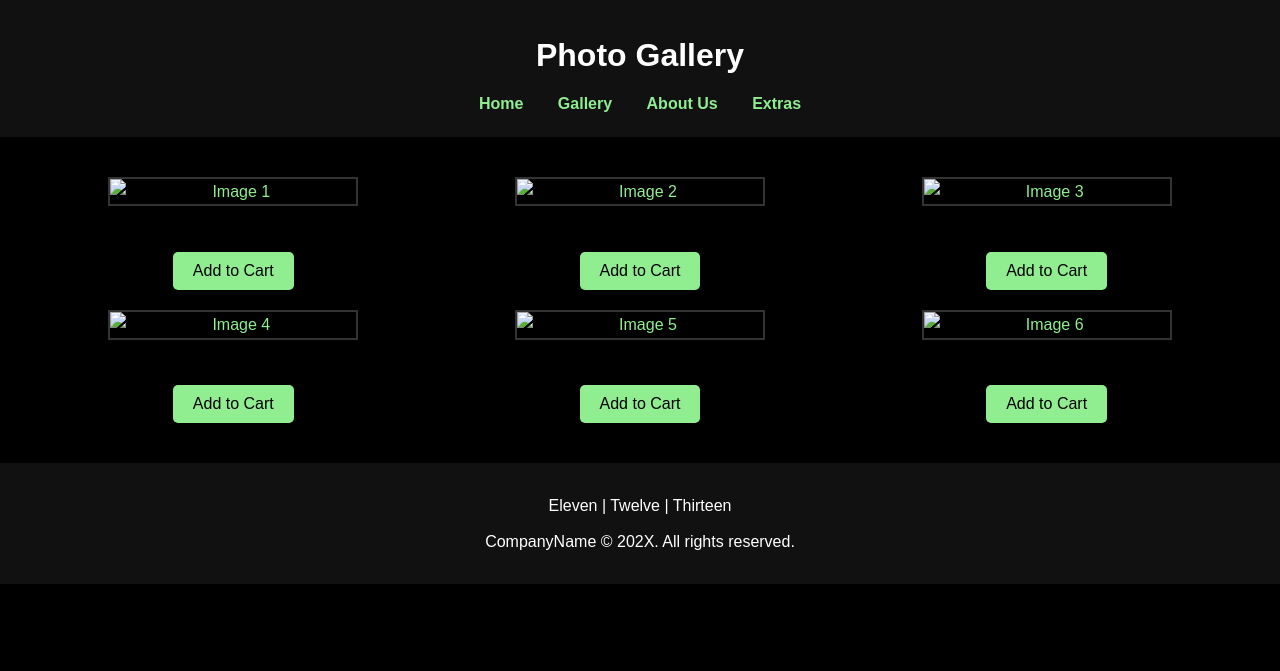
Repository: OhrRafaeloff/Web-Development-Project---ABC-Fitness-Studios
Page: gallery.html
These files come from the project's save history. The page is drawn as it stood at one moment and after the next save; the edit follows.
The browser window is 1280 px wide. The pictures show the whole page.

Above is the page before, as saved 2025-04-24 09:38:06.

After the next save:
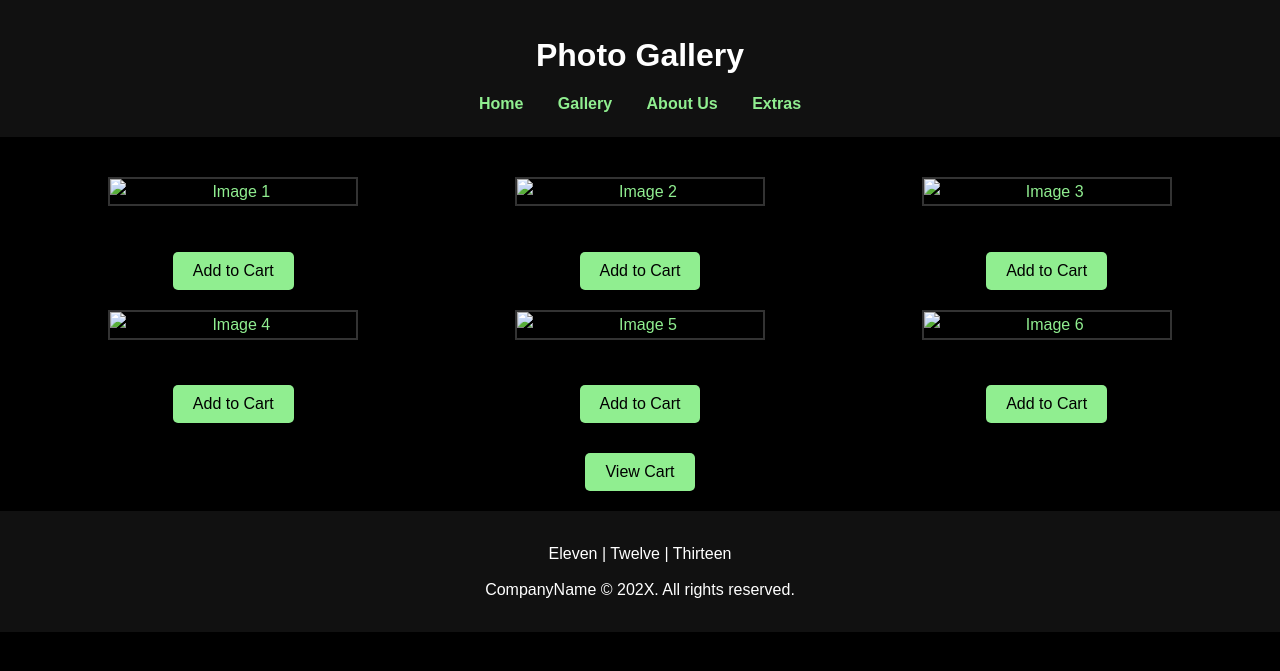
Saved 2 min 16 s later.
--- a/gallery.html
+++ b/gallery.html
@@ -1,10 +1,11 @@
-<!-- GALLERY PAGE -->
 <!DOCTYPE html>
 <html lang="en">
   <head>
     <meta charset="UTF-8" />
-    <title>Gallery - ABC Fitness Studio</title>
+    <meta name="viewport" content="width=device-width, initial-scale=1.0" />
+    <title>Gallery – ABC Fitness Studio</title>
     <link rel="stylesheet" href="style.css" />
+    <script defer src="script.js"></script>
   </head>
   <body>
     <header>
@@ -21,27 +22,41 @@
       <table>
         <tr>
           <td>
-            <img src="#" alt="Image 1" /><br /><button>Add to Cart</button>
+            <img src="#" alt="Image 1" />
+            <br />
+            <button class="addToCart">Add to Cart</button>
           </td>
           <td>
-            <img src="#" alt="Image 2" /><br /><button>Add to Cart</button>
+            <img src="#" alt="Image 2" />
+            <br />
+            <button class="addToCart">Add to Cart</button>
           </td>
           <td>
-            <img src="#" alt="Image 3" /><br /><button>Add to Cart</button>
+            <img src="#" alt="Image 3" />
+            <br />
+            <button class="addToCart">Add to Cart</button>
           </td>
         </tr>
         <tr>
           <td>
-            <img src="#" alt="Image 4" /><br /><button>Add to Cart</button>
+            <img src="#" alt="Image 4" />
+            <br />
+            <button class="addToCart">Add to Cart</button>
           </td>
           <td>
-            <img src="#" alt="Image 5" /><br /><button>Add to Cart</button>
+            <img src="#" alt="Image 5" />
+            <br />
+            <button class="addToCart">Add to Cart</button>
           </td>
           <td>
-            <img src="#" alt="Image 6" /><br /><button>Add to Cart</button>
+            <img src="#" alt="Image 6" />
+            <br />
+            <button class="addToCart">Add to Cart</button>
           </td>
         </tr>
       </table>
+
+      <button id="viewCart">View Cart</button>
     </main>
 
     <footer>
